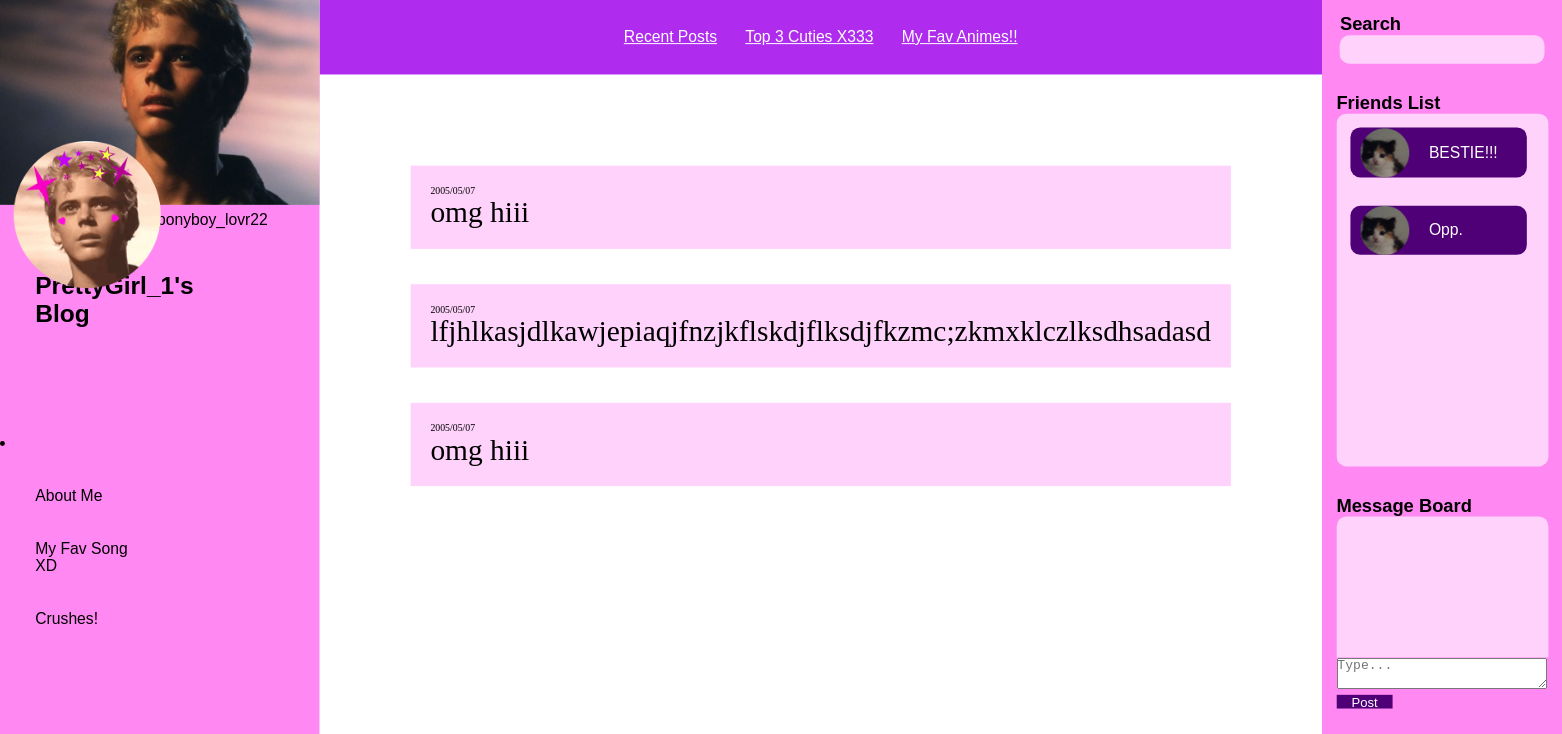
Repository: Jennica1/Frontend-Final
Page: index.html
An editor plug-in stored every save of this project. The page is shown before and after the next save, followed by the edit.
The browser window is 1280 px wide. The page is 1594 px wide, then 1452 px, then 1594 px, so the pictures cover 1594 px, including what lies to the right of the window. The pictures show the whole page, at 98% of full size.

Above is the page before, as saved 2024-05-23 12:44:05.

### index.html
<!DOCTYPE html>
<html lang="en">

<head>
  <title>My Blog!!</title>
  <meta charset="UTF-8">
  <meta name="viewport" content="width=device-width, initial-scale=1">
  <link rel="stylesheet" href="style.css">
</head>

<body>
  <div class="content">

    <div class="flexbox">

      <div class="sidebar-wrapper">

        <!--Side Nav Left-->
        <div class="sidebar-left">
          <img src="images/ponyboy.png" class="profile" width="150px" />
          <img src="images/background-image.jpg" alt="background image" class="background-photo" />
          <p class="username">@ponyboy_lovr22</p>
          <p class="nickname">PrettyGirl_1's Blog</p>
          <li class="sidebar-list">
            <ul class="item">About Me</ul>
            <ul class="item">My Fav Song XD</ul>
            <ul class="item">Crushes!</ul>
          </li>
        </div>
      </div>



      <div class="centre-content"> <!-- PUT ALL MAIN CONTENT BELOW THE HEADER -->
        <!-- Header -->
        <header class="header">
          <li class="content-list">
            <ul><a class="link" href="index.html">Recent Posts</a></ul>
            <ul><a class="link" href="topThree.html">Top 3 Cuties X333</a></ul>
            <ul><a class="link" href="anime.html">My Fav Animes!!</a></ul>
          </li>
        </header>

        <!-- main content -->
        <div class="main-content">
          <div class="recents-container">
            <div class="post">
              <p class="time-stamp">2005/05/07</p>
              <p class="post-text">omg hiii</p>
            </div>

            <div class="post">
              <p class="time-stamp">2005/05/07</p>
              <p class="post-text">lfjhlkasjdlkawjepiaqjfnzjkflskdjflksdjfkzmc;zkmxklczlksdhsadasd</p>
            </div>

            <div class="post">
                <p class="time-stamp">2005/05/07</p>
              <p class="post-text">omg hiii</p>
            </div>

          </div>
        </div>
      </div>

      <!--Side Nav Right-->
      <div class="sidebar-right">
        <form>
          <h3>Search</h3>
          <input type="text" class="search-bar">
        </form>
        <div class="friends-list">
          <h3>Friends List</h3>
          <div class="friends-container">
            <div class="friend">
              <img src="images/friend-pfp.png" width="50px" style="margin-left: 10px; margin-right: 20px;" />
              <p style="color: white;">BESTIE!!!</p>
            </div>
            <div class="friend">
              <img src="images/friend-pfp.png" width="50px" style="margin-left: 10px; margin-right: 20px;" />
              <p style="color: white;">Opp.</p>
            </div>
          </div>
        </div>
        <div class="message-board">
          <h3>Message Board</h3>
          <div id="message-board-container" class="message-board-container">
            <div class="message-board-content">
            </div>
          </div>
          <div class="user-input">
            <textarea name="" id="new-comment" class="text-box" placeholder="Type..."></textarea>
            <button id="btn-post" class="button-post">Post</button>
            <script src="script.js"></script>
          </div>
        </div>
      </div>
    </div>
  </div>
  </div>
</body>

</html>

### style.css
* {
  margin: 0;
  padding: 0;
}

.content {
  display: flex;
  flex-direction: column;
}

.flexbox {
  display: flex;
  flex-direction: row;
  justify-content: space-between;
  gap: 0;
}

.sidebar-wrapper {
  display: flex;
  justify-content: center;
  height: auto;

}

.sidebar-left {
  display: flex;
  flex-direction: column;
  position: relative;
  background-color: #FF88F3;
  z-index: 0;
  padding-right: 9.1rem;
  width: 25vh;
  font-family: Arial;
}

.profile {
  z-index: 1;
  position: absolute;
  margin-top: 20vh;
  margin-left: 2vh;
}

.background-photo {
  position: absolute;
  top: 0;
  left: 0;
  width: 100%;
  height: 29vh;
  object-fit: cover;

}

.background-container {
  width: 100%;
}

.username {
  margin-top: 30vh;
  margin-left: 20vh;
}

.nickname {
  font-size: 25px;
  margin-top: 6vh;
  margin-left: 5vh;
  width: 100%;
  font-weight: BOLD;
}

.sidebar-list {
  margin-top: 15vh;
}

.item {
  margin: 5vh;
}

.content-list {
  display: flex;
  margin: 4vh;
}

.link {
  color: white;
  margin: 2vh;
}


.sidebar-right {
  background-color: #FF88F3;
  z-index: 0;
  width: 30vh;
  display: flex;
  flex-direction: column;
  align-items: center;
  padding: 2vh;
  font-family: Arial;
  height: 100vh;
}

.search-bar {
  width: 29vh;
  height: 4vh;
  border-radius: 10px;
  border: transparent;
  background-color: #FFD2FB;
}

.friends-list {
  height: auto;
  margin-top: 4vh;
}

.friends-container {
  width: 30vh;
  height: 50vh;
  background-color: #FFD2FB;
  border-radius: 10px;
  display: flex;
  justify-content: center;
  flex-direction: column;
  justify-content: start;
}


.friend {
  width: 25vh;
  height: 7vh;
  border-radius: 10px;
  background-color: #500076;
  margin: 2vh;
  display: flex;
  align-items: center;
}

.message-board-container {
  width: 30vh;
  height: 20vh;
  background-color: #FFD2FB;
  border-top-left-radius: 10px;
  border-top-right-radius: 10px;
  display: flex;
  flex-direction: column-reverse;
  overflow-y: auto;
}

.message-board-content {
  margin: 10px;

}

.message-board {
  margin-top: 4vh;
}

.message {
  width: 80%;
  height: auto;
  margin: 1vh;
  align-items: left;
  display: flex;
  flex-direction: column;
  background-color: purple;
  padding: 1vh;
  border-radius: 5px;
  color: white;
}

.user-input {
  width: 50%;
}

.text-box {
  width: 29.7vh;
}

.button-post {
  width: 8vh;
  height: 2vh;
  right: 0;
  background-color: #500076;
  color: white;
  border: transparent;
}

.header {
  background-color: #AF2BEE;
  color: #ffffff;
  display: flex;
  justify-content: center;
  font-family: Arial;
}

.centre-content {
  width: 100%;
  display: flex;
  flex-direction: column;
}

.main-content {
  display: flex;
  justify-content: center;
}

.recents-container {
margin: 8vh;
}

.post {
  flex-direction: column;
  display: flex;
  margin: 5vh;
  padding: 20px;
  width: auto;
  background-color: #FFD2FB;
}

.time-stamp {
font-size: 10px;
}

.post-text {
font-size: 30px;
width: 70%;
}

### script.js
document.getElementById("btn-post").addEventListener("click", function () {

  const newComment = document.getElementById("new-comment").value;


  const commentContainer = document.createElement("div");
  commentContainer.classList.add("message");
  const commentElement = document.createElement("p");
  commentElement.innerText = newComment;


  commentContainer.appendChild(commentElement);


  const messageBoardContainer = document.getElementById("message-board-container");
  messageBoardContainer.appendChild(commentContainer);


  document.getElementById("new-comment").value = "";
});

After the next save:
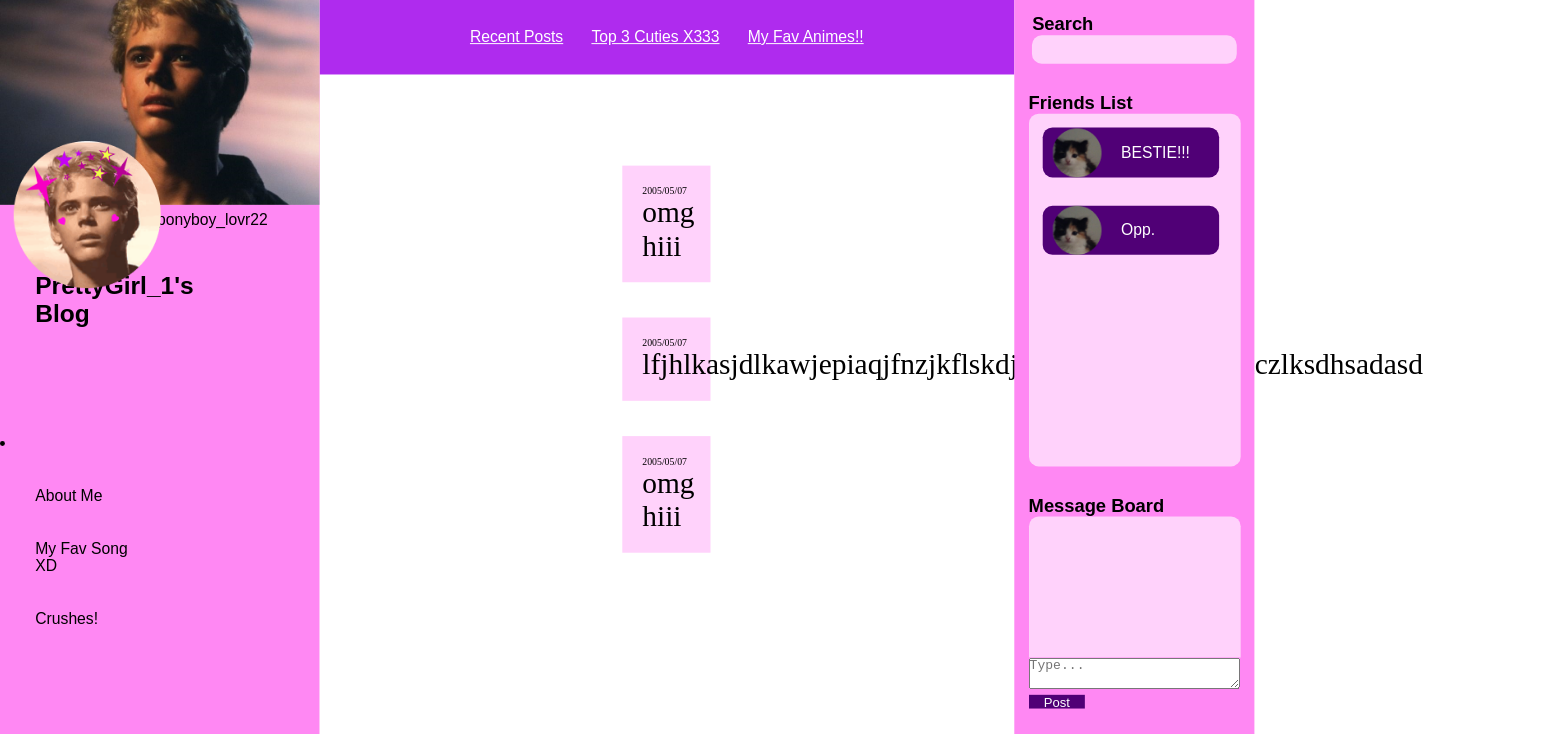
Saved 7 s later.
--- a/style.css
+++ b/style.css
@@ -221,5 +221,5 @@
 
 .post-text {
 font-size: 30px;
-width: 70%;
-}
+width: 50px;
+}

After the save that followed:
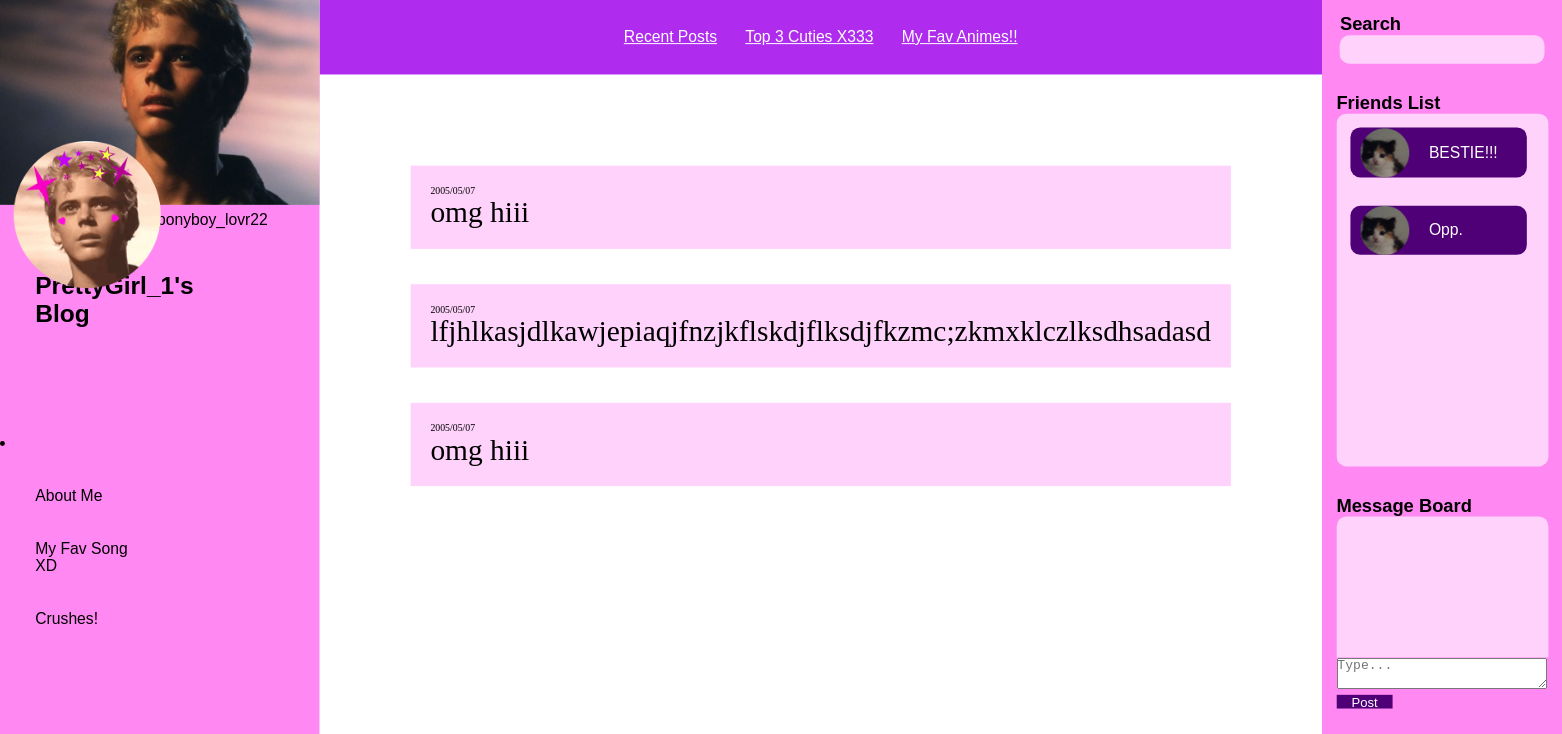
Saved 5 s later.
--- a/style.css
+++ b/style.css
@@ -221,5 +221,5 @@
 
 .post-text {
 font-size: 30px;
-width: 50px;
-}
+width: 50%;
+}
